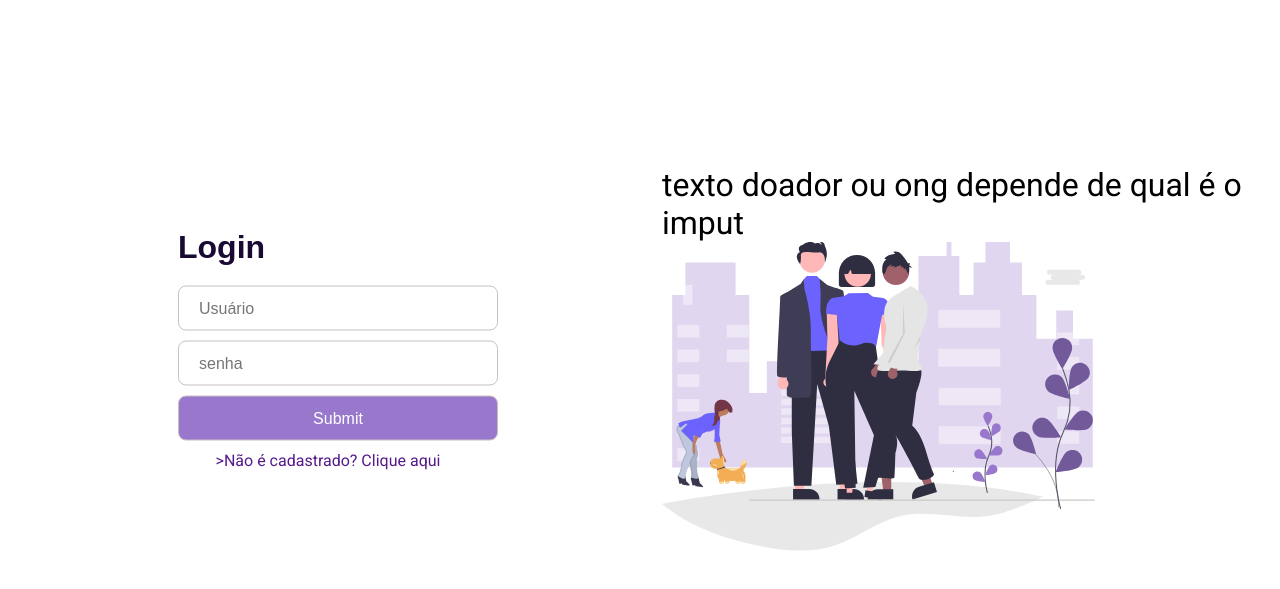
Repository: Dirlandia404/Casos
Page: src/pages/login.html
The author's editor kept a copy of each file at every save. The page is drawn from the files as they stood at one save, then again after the next save.
The browser window is 1280 px wide. The pictures show the whole page.

Above is the page before, as saved 2021-07-14 10:01:34.

After the next save:
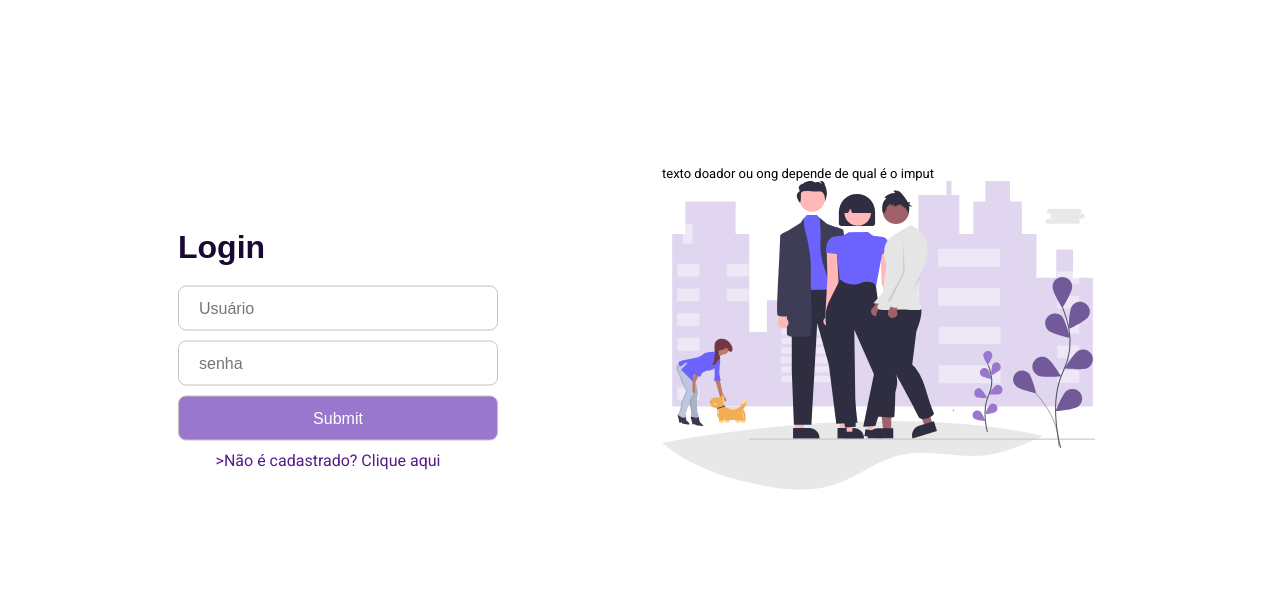
Saved 9 s later.
--- a/src/style/login.css
+++ b/src/style/login.css
@@ -12,7 +12,7 @@ form{
     margin-top: -50px;
 }
 #lado-d p{
-    font-size: 32px;
+    font-size: 13px;
 }
 img{
     width: 70%;
